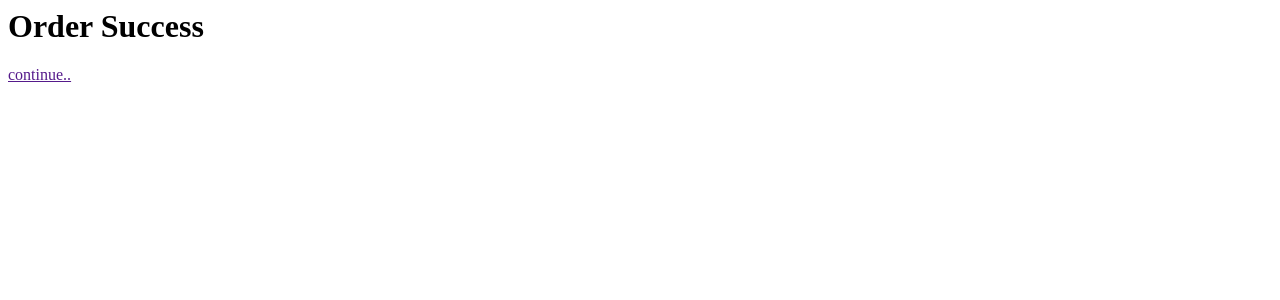
Repository: phamquyet29/duan1
Page: http://localhost/da1_nhom2/client/views/home/thanks.php
These files come from the project's save history. The page is drawn as it stood at one moment and after a run of saves; the edit follows.
The browser window is 1280 px wide. The pictures show the whole page.
The page is run by PHP 8.4 with error messages shown; the project is at /var/www/html/.

Above is the page before, as saved 2023-04-11 22:03:16.

### client/views/home/thanks.php

<div class="text-center font-bold text-[20px] py-10">
<h1 class="text-black text-center inline">Order Success
   </h1> <a class="text-red-500 underline text-center inline" href="">continue..</a>
</div>

After the next 2 saves:
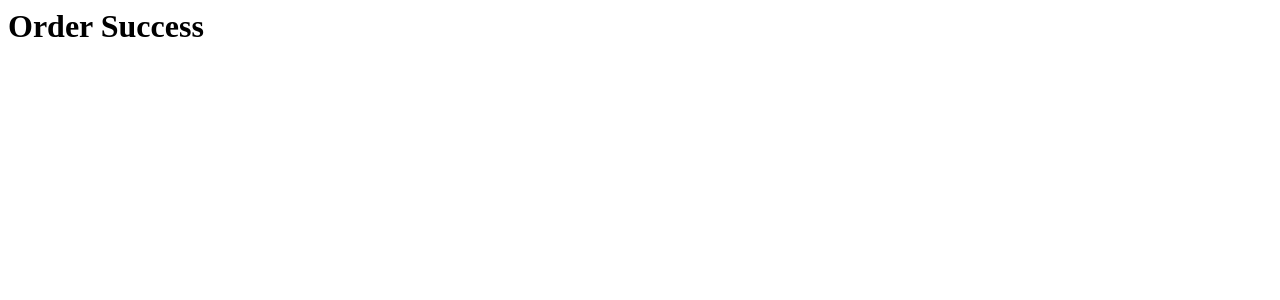
The 2 saves are shown as one change because they came seconds apart.
The last was saved 14 s later.
--- a/client/views/home/thanks.php
+++ b/client/views/home/thanks.php
@@ -1,5 +1,5 @@
 
 <div class="text-center font-bold text-[20px] py-10">
 <h1 class="text-black text-center inline">Order Success
-   </h1> <a class="text-red-500 underline text-center inline" href="">continue..</a>
+   </h1> <a class="text-red-500 underline text-center inline" href="<?= BASE_URL ?>">continue..</a>
 </div>
